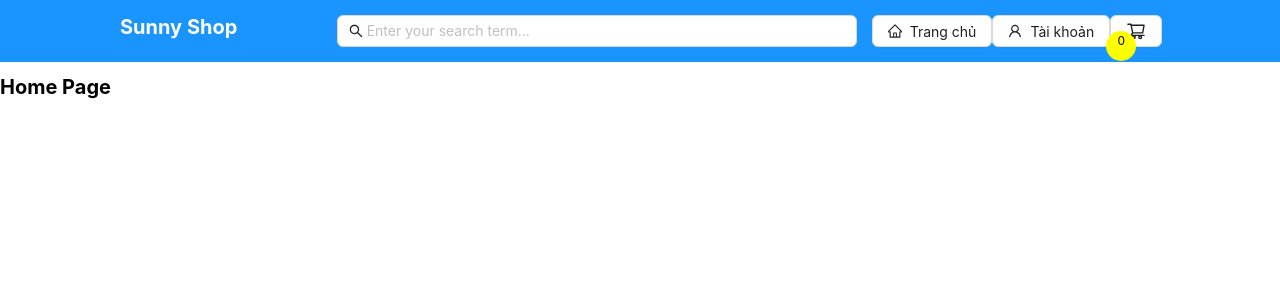
Repository: manhhieu120499/E-Commerce
Page: /
These files come from the project's save history. The page is drawn as it stood at one moment and after the next save; the edit follows.
The browser window is 1280 px wide. The pictures show the whole page.
The project was rebuilt for these pictures with package versions that can differ from the ones it lists, and the page was loaded fresh each time. Also part of the build but not shown: src/pages/product/Product.js, src/pages/order/Order.js, src/pages/notFound/NotFound.js, src/layouts/NormalLayout/NormalLayout.js.

Above is the page before, as saved 2025-01-01 11:49:04.

After the next save:
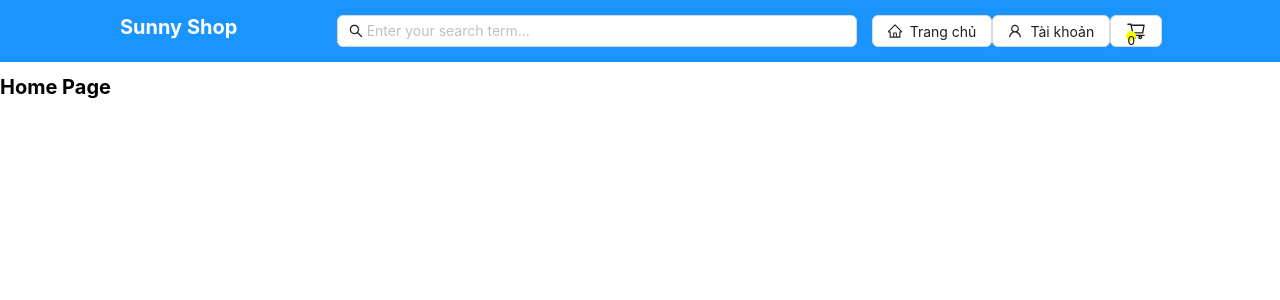
Saved 17 s later.
--- a/src/components/Header/HeaderStyle.js
+++ b/src/components/Header/HeaderStyle.js
@@ -21,8 +21,8 @@ export const WrapperShoppingCartText = styled.div`
   position: absolute;
   top: 10px;
   right: 10px;
-  width: 30px;
-  height: 30px;
+  width: 10px;
+  height: 10px;
   border-radius: 50%;
   background-color: yellow;
 `;
